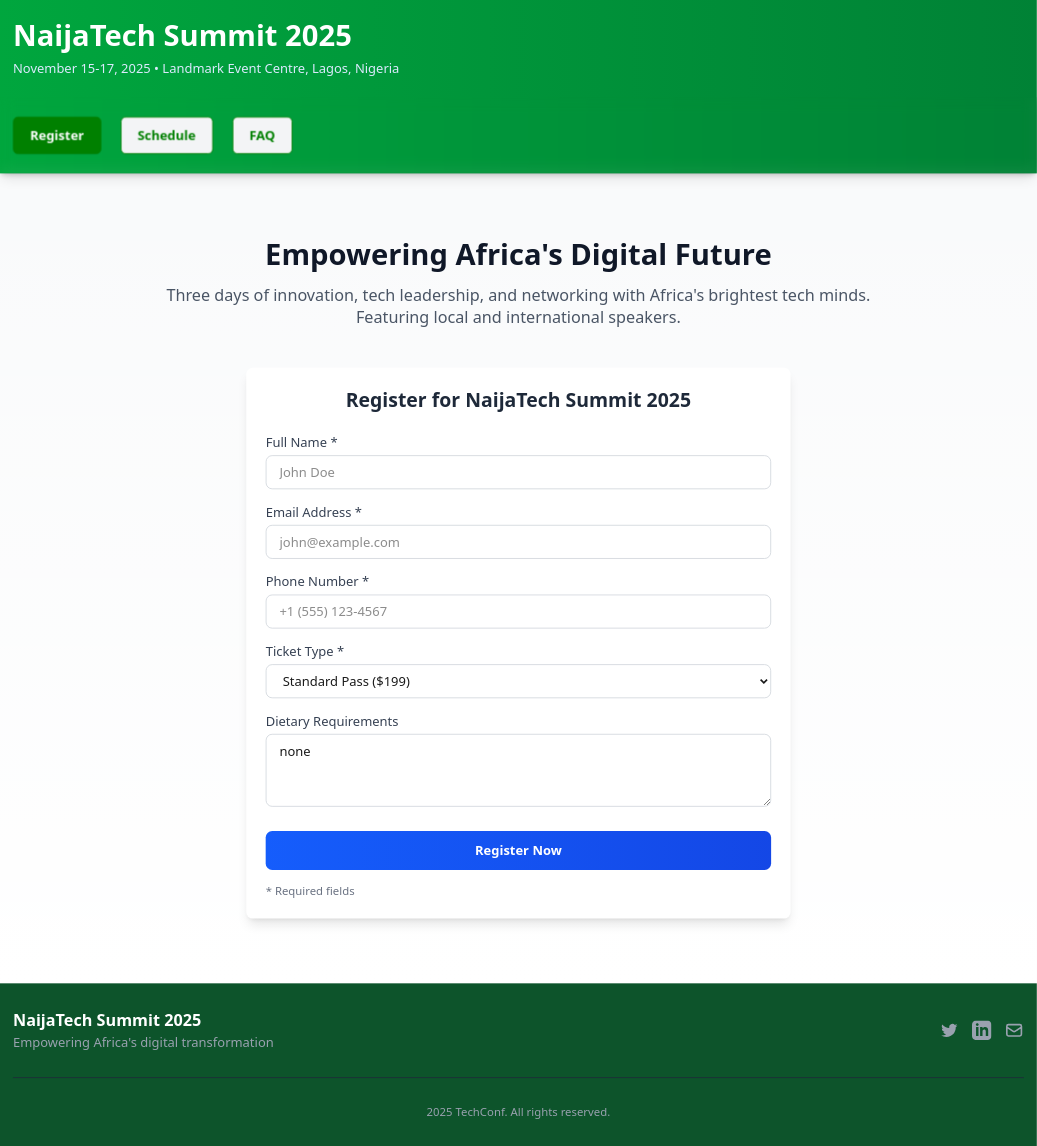
Repository: AYANO-EMMANUEL/fictional-tech-conf-event
Page: /
The author's editor kept a copy of each file at every save. The page is drawn from the files as they stood at one save, then again after the next save.
The browser window is 1280 px wide. The pictures show the whole page, at 81% of full size.
The project was rebuilt for these pictures with package versions that can differ from the ones it lists, and the page was loaded fresh each time. Also part of the build but not shown: vite.config.ts, src/components/Schedule/Schedule.tsx, src/components/FAQ/FAQ.tsx.

Above is the page before, as saved 2025-08-02 11:08:12.

### index.html
<!doctype html>
<html lang="en">
  <head>
    <meta charset="UTF-8" />
    <link rel="icon" type="image/svg+xml" href="/vite.svg" />
    <link rel="stylesheet" href="/src/index.css">
    <meta name="viewport" content="width=device-width, initial-scale=1.0" />
    <title>Vite + React + TS</title>
  </head>
  <body>
    <div id="root"></div>
    <script type="module" src="/src/main.tsx"></script>
  </body>
</html>

### src/index.css
/* @import "tailwindcss/components.css";
@import "tailwindcss/preflight.css";
@import "tailwindcss/utilities.css"; */
/* @tailwind base;
@tailwind components;
@tailwind utilities; */

@import "tailwindcss";

/* Custom styles */
.btn {
  display: inline-flex;
  align-items: center;
  justify-content: center;
  font-weight: 600;
  padding: 0.625rem 1.25rem;
  border-radius: 0.375rem;
  transition: all 0.2s ease-in-out;
  cursor: pointer;
  border: 1px solid transparent;
  box-shadow: 0 1px 2px 0 rgba(0, 0, 0, 0.05);
}

.btn:focus {
  outline: 2px solid transparent;
  outline-offset: 2px;
  box-shadow: 0 0 0 3px rgba(59, 130, 246, 0.5);
}

/* Primary Button */
.btn-primary {
  /* @apply bg-nigeria-green text-white hover:bg-green-700 focus:bg-green-700 active:bg-green-800; */
  background-color: green;
  color: white;
  border-color: green;
}

.btn-primary:focus {
  outline: 2px solid transparent;
  outline-offset: 2px;
  box-shadow: 0 0 0 3px rgba(59, 130, 246, 0.5);
}

.btn-primary:hover {
  transform: translateY(-1px);
  box-shadow: 0 4px 6px -1px rgba(0, 0, 0, 0.1), 0 2px 4px -1px rgba(0, 0, 0, 0.06);
}

.btn-primary:active {
  transform: translateY(0);
}

/* Secondary button */
.btn-secondary {
  /* @apply bg-white text-nigeria-green border-2 border-nigeria-green hover:bg-green-50 focus:bg-green-50 active:bg-green-100; */
  background-color: #f3f4f6;
  color: green;
  border: 1px solid green;
}

.btn-secondary:hover {
  background-color: #e5e7eb;
  transform: translateY(-1px);
  box-shadow: 0 4px 6px -1px rgba(0, 0, 0, 0.1), 0 2px 4px -1px rgba(0, 0, 0, 0.06);
}

.btn-secondary:active {
  transform: translateY(0);
}

.card {
  background-color: white;
  border-radius: 0.5rem;
  box-shadow: 0 4px 6px -1px rgb(0 0 0 / 0.1), 0 2px 4px -2px rgb(0 0 0 / 0.1);
  overflow: hidden;
  transition-property: all;
  transition-timing-function: cubic-bezier(0.4, 0, 0.2, 1);
  transition-duration: 200ms;
}

.card:hover {
  box-shadow: 0 10px 15px -3px rgb(0 0 0 / 0.1), 0 4px 6px -4px rgb(0 0 0 / 0.1);
}

.form-input {
  width: 100%;
  padding: 0.5rem 1rem;
  border-width: 1px;
  border-color: #d1d5db;
  border-radius: 0.5rem;
  transition-property: color, background-color, border-color, text-decoration-color, fill, stroke, opacity, box-shadow, transform, filter, backdrop-filter;
  transition-timing-function: cubic-bezier(0.4, 0, 0.2, 1);
  transition-duration: 200ms;
}

.form-input:focus {
  outline: 2px solid transparent;
  outline-offset: 2px;
  --tw-ring-offset-shadow: var(--tw-ring-inset) 0 0 0 var(--tw-ring-offset-width) var(--tw-ring-offset-color);
  --tw-ring-shadow: var(--tw-ring-inset) 0 0 0 calc(2px + var(--tw-ring-offset-width)) var(--tw-ring-color);
  box-shadow: var(--tw-ring-offset-shadow), var(--tw-ring-shadow), var(--tw-shadow, 0 0 #0000);
  --tw-ring-color: rgb(59 130 246 / 0.5);
  --tw-ring-offset-width: 0px;
  border-color: transparent;
}

.form-label {
  display: block;
  color: #374151;
  font-weight: 500;
  margin-bottom: 0.25rem;
}

/* Base styles */
:root {
  font-family: system-ui, -apple-system, BlinkMacSystemFont, 'Segoe UI', Roboto, 'Helvetica Neue', Arial, sans-serif;
  line-height: 1.5;
  font-weight: 400;
  color: #1a1a1a;
  background-color: #f9fafb;
  font-synthesis: none;
  text-rendering: optimizeLegibility;
  -webkit-font-smoothing: antialiased;
  -moz-osx-font-smoothing: grayscale;
}

/* Animations */
@keyframes fadeIn {
  from { opacity: 0; transform: translateY(10px); }
  to { opacity: 1; transform: translateY(0); }
}

.animate-fade-in {
  animation: fadeIn 0.3s ease-out forwards;
}

### src/main.tsx
import React from 'react';
import { createRoot } from 'react-dom/client';
import App from './App';
import './index.css';

const container = document.getElementById('root');
if (!container) throw new Error('Failed to find the root element');
const root = createRoot(container);

root.render(
  <React.StrictMode>
    <App />
  </React.StrictMode>
);

### src/App.tsx
import { useState } from 'react';
import { RegistrationForm } from './components/Form/RegistrationForm';
import Schedule from './components/Schedule/Schedule';
import FAQ from './components/FAQ/FAQ';

function App() {
  const [activeSection, setActiveSection] = useState<'register' | 'schedule' | 'faq'>('register');

  return (
    <div className="min-h-screen bg-gray-50">
      {/* Header */}
      <header className="bg-gradient-to-r from-green-600 to-green-700 text-white shadow-lg">
        <div className="container mx-auto px-4 py-6">
          <h1 className="text-3xl md:text-4xl font-bold mb-2">NaijaTech Summit 2025</h1>
          <p className="text-blue-100">November 15-17, 2025 • Landmark Event Centre, Lagos, Nigeria</p>
        </div>

        {/* Navigation */}
        <nav className="bg-nigeria-green/90 backdrop-blur-sm shadow-md">
          <div className="container mx-auto px-4">
            <div className="flex flex-col sm:flex-row space-y-2 sm:space-y-0 sm:space-x-6 py-6">
              <button
                onClick={() => setActiveSection('register')}
                className={`btn ${activeSection === 'register'
                  ? 'btn-primary'
                  : 'btn-secondary'}`}
              >
                Register
              </button>
              <button
                onClick={() => setActiveSection('schedule')}
                className={`btn ${activeSection === 'schedule'
                  ? 'btn-primary'
                  : 'btn-secondary'}`}
              >
                Schedule
              </button>
              <button
                onClick={() => setActiveSection('faq')}
                className={`btn ${activeSection === 'faq'
                  ? 'btn-primary'
                  : 'btn-secondary'}`}
              >
                FAQ
              </button>
            </div>
          </div>
        </nav>
      </header>

      {/* Hero Section */}
      {activeSection === 'register' && (
        <section className="py-12 md:py-20 bg-gradient-to-b from-nigeria-greenLight to-white">
          <div className="container mx-auto px-4">
            <div className="max-w-4xl mx-auto text-center mb-12">
              <h2 className="text-3xl md:text-4xl font-bold text-gray-900 mb-4">
                Empowering Africa's Digital Future
              </h2>
              <p className="text-xl text-gray-600">
                Three days of innovation, tech leadership, and networking with Africa's brightest tech minds. Featuring local and international speakers.
              </p>
            </div>
            <RegistrationForm onSuccess={() => setActiveSection('schedule')} />
          </div>
        </section>
      )}

      {/* Schedule Section */}
      {activeSection === 'schedule' && (
        <section className="py-12 md:py-16 bg-white">
          <main className="container mx-auto px-4 py-8">
            <Schedule />
          </main>
        </section>
      )}

      {/* FAQ Section */}
      {activeSection === 'faq' && (
        <section className="py-12 md:py-16 bg-gray-50">
          <div className="container mx-auto px-4">
            <FAQ />
          </div>
        </section>
      )}

      {/* Footer */}
      <footer className="bg-green-900 text-white py-8">
        <div className="container mx-auto px-4">
          <div className="flex flex-col md:flex-row justify-between items-center">
            <div className="mb-4 md:mb-0">
              <h3 className="text-xl font-bold">NaijaTech Summit 2025</h3>
              <p className="text-gray-400">Empowering Africa's digital transformation</p>
            </div>
            <div className="flex space-x-4">
              <a href="#" className="text-gray-400 hover:text-white transition-colors">
                <span className="sr-only">Twitter</span>
                <svg className="h-6 w-6" fill="currentColor" viewBox="0 0 24 24" aria-hidden="true">
                  <path d="M8.29 20.251c7.547 0 11.675-6.253 11.675-11.675 0-.178 0-.355-.012-.53A8.348 8.348 0 0022 5.92a8.19 8.19 0 01-2.357.646 4.118 4.118 0 001.804-2.27 8.224 8.224 0 01-2.605.996 4.107 4.107 0 00-6.993 3.743 11.65 11.65 0 01-8.457-4.287 4.106 4.106 0 001.27 5.477A4.072 4.072 0 012.8 9.713v.052a4.105 4.105 0 003.292 4.022 4.095 4.095 0 01-1.853.07 4.108 4.108 0 003.834 2.85A8.233 8.233 0 012 18.407a11.616 11.616 0 006.29 1.84" />
                </svg>
              </a>
              <a href="#" className="text-gray-400 hover:text-white transition-colors">
                <span className="sr-only">LinkedIn</span>
                <svg className="h-6 w-6" fill="currentColor" viewBox="0 0 24 24" aria-hidden="true">
                  <path fillRule="evenodd" d="M19 0h-14c-2.761 0-5 2.239-5 5v14c0 2.761 2.239 5 5 5h14c2.762 0 5-2.239 5-5v-14c0-2.761-2.238-5-5-5zm-11 19h-3v-11h3v11zm-1.5-12.268c-.966 0-1.75-.79-1.75-1.764s.784-1.764 1.75-1.764 1.75.79 1.75 1.764-.783 1.764-1.75 1.764zm13.5 12.268h-3v-5.604c0-3.368-4-3.113-4 0v5.604h-3v-11h3v1.765c1.396-2.586 7-2.777 7 2.476v6.759z" clipRule="evenodd" />
                </svg>
              </a>
              <a href="mailto:info@techconf.com" className="text-gray-400 hover:text-white transition-colors">
                <span className="sr-only">Email</span>
                <svg className="h-6 w-6" fill="none" stroke="currentColor" viewBox="0 0 24 24" xmlns="http://www.w3.org/2000/svg">
                  <path strokeLinecap="round" strokeLinejoin="round" strokeWidth={2} d="M3 8l7.89 5.26a2 2 0 002.22 0L21 8M5 19h14a2 2 0 002-2V7a2 2 0 00-2-2H5a2 2 0 00-2 2v10a2 2 0 002 2z" />
                </svg>
              </a>
            </div>
          </div>
          <div className="mt-8 pt-8 border-t border-gray-800 text-center text-gray-400 text-sm">
            <p> {new Date().getFullYear()} TechConf. All rights reserved.</p>
          </div>
        </div>
      </footer>
    </div>
  );
}

export default App;

### src/components/Form/RegistrationForm.tsx
import { useState, useEffect } from 'react';

interface FormData {
  fullName: string;
  email: string;
  phone: string;
  ticketType: 'standard' | 'vip' | 'student' | 'startup';
  state: string;
  organization: string;
  howHeard: string;
  dietaryRequirements: string;
}

interface RegistrationFormProps {
  onSuccess?: () => void;
}

export const RegistrationForm = ({ onSuccess }: RegistrationFormProps) => {
  const [formData, setFormData] = useState<FormData>({
    fullName: '',
    email: '',
    phone: '',
    ticketType: 'standard',
    state: '',
    organization: '',
    howHeard: '',
    dietaryRequirements: 'none',
  });

  const [errors, setErrors] = useState<Partial<FormData>>({});
  const [isSubmitted, setIsSubmitted] = useState(false);

  // Load saved form data from localStorage on component mount
  useEffect(() => {
    const savedFormData = localStorage.getItem('conferenceFormData');
    if (savedFormData) {
      setFormData(JSON.parse(savedFormData));
    }
  }, []);

  // Save form data to localStorage whenever it changes
  useEffect(() => {
    localStorage.setItem('conferenceFormData', JSON.stringify(formData));
  }, [formData]);

  const validateForm = (): boolean => {
    const newErrors: Partial<FormData> = {};
    let isValid = true;

    if (!formData.fullName.trim()) {
      newErrors.fullName = 'Full name is required';
      isValid = false;
    }

    if (!formData.email) {
      newErrors.email = 'Email is required';
      isValid = false;
    } else if (!/^[^\s@]+@[^\s@]+\.[^\s@]+$/.test(formData.email)) {
      newErrors.email = 'Please enter a valid email address';
      isValid = false;
    }

    if (!formData.phone) {
      newErrors.phone = 'Phone number is required';
      isValid = false;
    } else if (!/^\+?[0-9\s-]{10,}$/.test(formData.phone)) {
      newErrors.phone = 'Please enter a valid phone number';
      isValid = false;
    }

    setErrors(newErrors);
    return isValid;
  };

  const handleChange = (
    e: React.ChangeEvent<HTMLInputElement | HTMLSelectElement | HTMLTextAreaElement>
  ) => {
    const { name, value } = e.target;
    setFormData({
      ...formData,
      [name]: value,
    });
  };

  const handleSubmit = (e: React.FormEvent) => {
    e.preventDefault();
    if (validateForm()) {
      // In a real app, you would send the data to your backend here
      console.log('Form submitted:', formData);
      setIsSubmitted(true);
      // Reset form
      setFormData({
        fullName: '',
        email: '',
        phone: '',
        ticketType: 'standard',
        state: '',
        organization: '',
        howHeard: '',
        dietaryRequirements: 'none',
      });
      // Clear any saved form data from localStorage
      localStorage.removeItem('conferenceFormData');

      // Call the onSuccess callback if provided
      if (onSuccess) {
        onSuccess();
      }
    }
  };

  const nigerianStates = [
    'Abia', 'Adamawa', 'Akwa Ibom', 'Anambra', 'Bauchi', 'Bayelsa', 'Benue', 'Borno',
    'Cross River', 'Delta', 'Ebonyi', 'Edo', 'Ekiti', 'Enugu', 'FCT', 'Gombe',
    'Imo', 'Jigawa', 'Kaduna', 'Kano', 'Katsina', 'Kebbi', 'Kogi', 'Kwara',
    'Lagos', 'Nasarawa', 'Niger', 'Ogun', 'Ondo', 'Osun', 'Oyo', 'Plateau',
    'Rivers', 'Sokoto', 'Taraba', 'Yobe', 'Zamfara'
  ];

  if (isSubmitted) {
    return (
      <div className="text-center py-8">
        <div className="text-green-500 text-5xl mb-4">✓</div>
        <h3 className="text-xl font-semibold text-gray-800 mb-2">E Don Cast!</h3>
        <p className="text-gray-600">Your registration is complete! We've sent a confirmation to {formData.email}.</p>
        <p className="text-gray-600 mt-2">No go miss am, we dey wait you for Landmark Event Centre!</p>
      </div>
    );
  }

  return (
    <div className="bg-white shadow-lg rounded-lg p-6 max-w-2xl mx-auto transform transition-all duration-300 hover:shadow-xl">
      <h2 className="text-2xl font-bold text-gray-800 mb-6 text-center">
        Register for NaijaTech Summit 2025
      </h2>
      <form onSubmit={handleSubmit} className="space-y-4">
        <div>
          <label htmlFor="fullName" className="block text-gray-700 font-medium mb-1">
            Full Name *
          </label>
          <input
            type="text"
            id="fullName"
            name="fullName"
            value={formData.fullName}
            onChange={handleChange}
            className={`w-full px-4 py-2 border rounded-lg focus:ring-2 focus:ring-blue-500 focus:border-transparent ${
              errors.fullName ? 'border-red-500' : 'border-gray-300'
            }`}
            placeholder="John Doe"
          />
          {errors.fullName && (
            <p className="mt-1 text-sm text-red-600">{errors.fullName}</p>
          )}
        </div>

        <div>
          <label htmlFor="email" className="block text-gray-700 font-medium mb-1">
            Email Address *
          </label>
          <input
            type="email"
            id="email"
            name="email"
            value={formData.email}
            onChange={handleChange}
            className={`w-full px-4 py-2 border rounded-lg focus:ring-2 focus:ring-blue-500 focus:border-transparent ${
              errors.email ? 'border-red-500' : 'border-gray-300'
            }`}
            placeholder="john@example.com"
          />
          {errors.email && (
            <p className="mt-1 text-sm text-red-600">{errors.email}</p>
          )}
        </div>

        <div>
          <label htmlFor="phone" className="block text-gray-700 font-medium mb-1">
            Phone Number *
          </label>
          <input
            type="tel"
            id="phone"
            name="phone"
            value={formData.phone}
            onChange={handleChange}
            className={`w-full px-4 py-2 border rounded-lg focus:ring-2 focus:ring-blue-500 focus:border-transparent ${
              errors.phone ? 'border-red-500' : 'border-gray-300'
            }`}
            placeholder="+1 (555) 123-4567"
          />
          {errors.phone && (
            <p className="mt-1 text-sm text-red-600">{errors.phone}</p>
          )}
        </div>

        <div>
          <label htmlFor="ticketType" className="block text-gray-700 font-medium mb-1">
            Ticket Type *
          </label>
          <select
            id="ticketType"
            name="ticketType"
            value={formData.ticketType}
            onChange={handleChange}
            className="w-full px-4 py-2 border border-gray-300 rounded-lg focus:ring-2 focus:ring-blue-500 focus:border-transparent"
          >
            <option value="standard">Standard Pass ($199)</option>
            <option value="vip">VIP Pass ($399)</option>
            <option value="student">Student Pass ($99)</option>
          </select>
        </div>

        <div>
          <label htmlFor="dietaryRequirements" className="block text-gray-700 font-medium mb-1">
            Dietary Requirements
          </label>
          <textarea
            id="dietaryRequirements"
            name="dietaryRequirements"
            value={formData.dietaryRequirements}
            onChange={handleChange}
            rows={3}
            className="w-full px-4 py-2 border border-gray-300 rounded-lg focus:ring-2 focus:ring-blue-500 focus:border-transparent"
            placeholder="Any dietary restrictions or allergies?"
          />
        </div>

        <div className="pt-2">
          <button
            type="submit"
            className="w-full bg-gradient-to-r from-blue-600 to-blue-700 hover:from-blue-700 hover:to-blue-800 text-white font-bold py-3 px-4 rounded-lg transition-all duration-300 transform hover:scale-[1.02] hover:shadow-lg active:scale-95"
          >
            Register Now
          </button>
        </div>

        <p className="text-sm text-gray-500 mt-4">
          * Required fields
        </p>
      </form>
    </div>
  );
};

export default RegistrationForm;

After the next save:
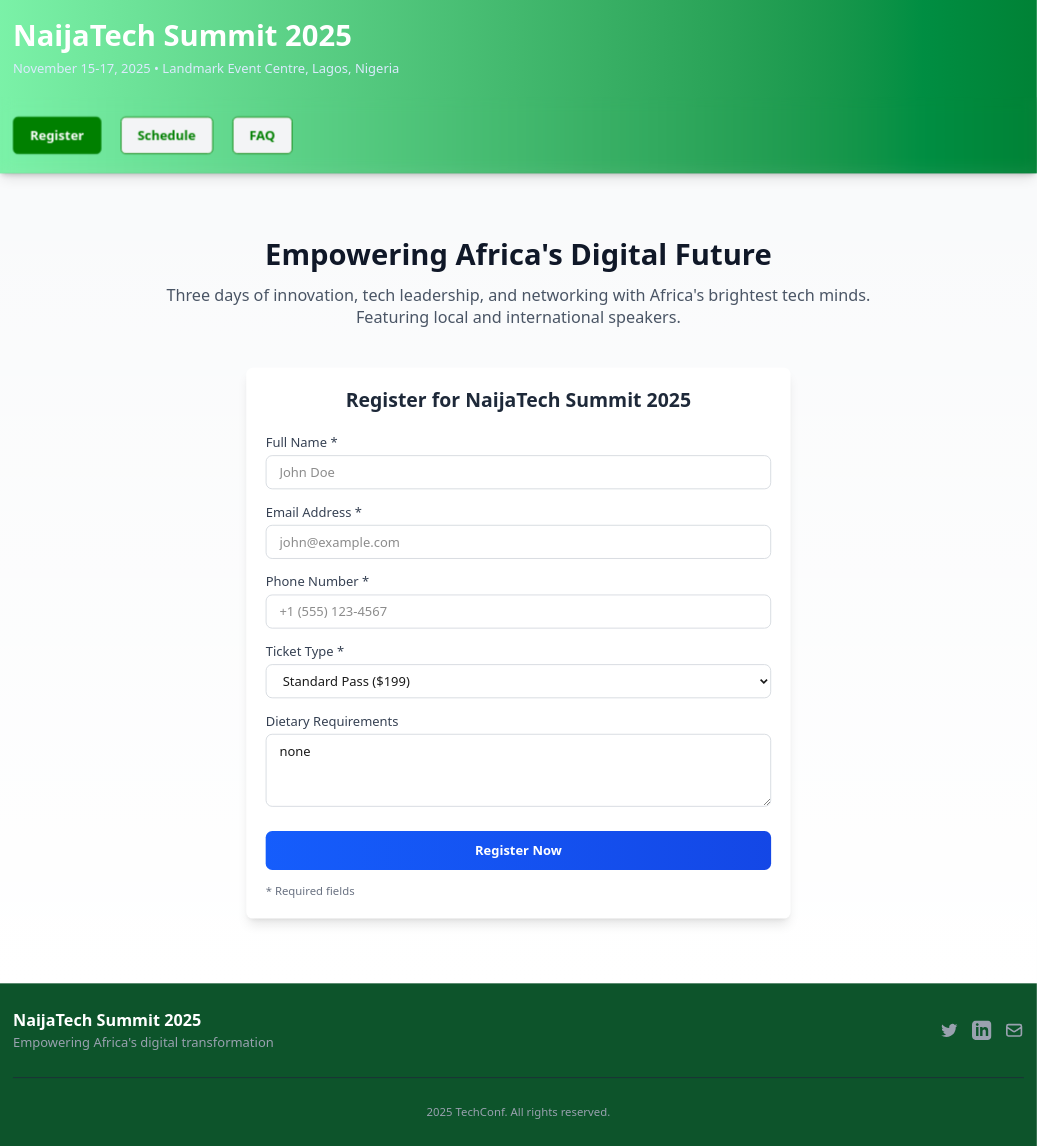
Saved 9 s later.
--- a/src/App.tsx
+++ b/src/App.tsx
@@ -9,7 +9,7 @@ function App() {
   return (
     <div className="min-h-screen bg-gray-50">
       {/* Header */}
-      <header className="bg-gradient-to-r from-green-600 to-green-700 text-white shadow-lg">
+      <header className="bg-gradient-to-r from-green-300 to-green-700 text-white shadow-lg">
         <div className="container mx-auto px-4 py-6">
           <h1 className="text-3xl md:text-4xl font-bold mb-2">NaijaTech Summit 2025</h1>
           <p className="text-blue-100">November 15-17, 2025 • Landmark Event Centre, Lagos, Nigeria</p>
